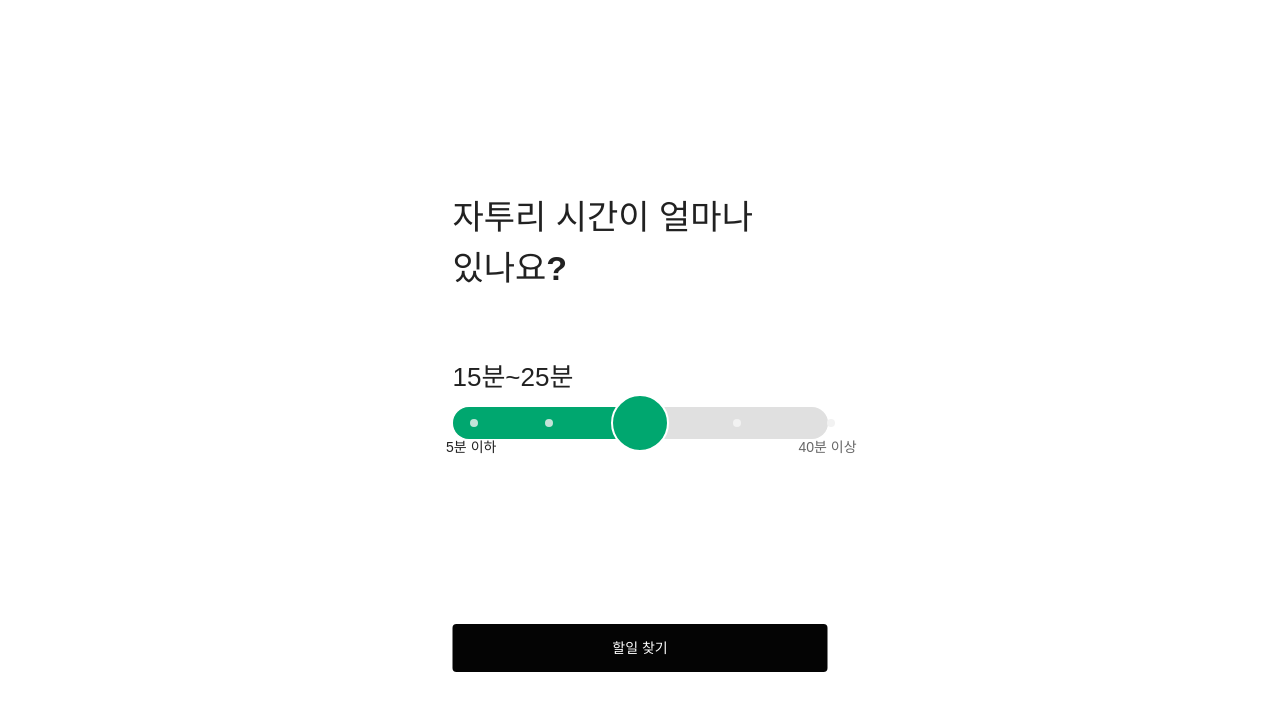
Repository: Tickley-Team/Tickley
Page: /survey
The author's editor kept a copy of each file at every save. The page is drawn from the files as they stood at one save, then again after the next save.
The browser window is 1280 px wide. The pictures show the whole page.
The project was rebuilt for these pictures with package versions that can differ from the ones it lists, and the page was loaded fresh each time. Also part of the build but not shown: vite.config.ts, src/components/BottomNavbar.css, src/components/BottomNavbar.tsx, src/hooks/useLocalStorage.ts, src/stores/timeLeftStore.ts, src/utils.ts, src/components/BasicDialog.tsx, src/pages/Todos.tsx and 12 more.

Above is the page before, as saved 2024-12-09 17:37:30.

After the next save:
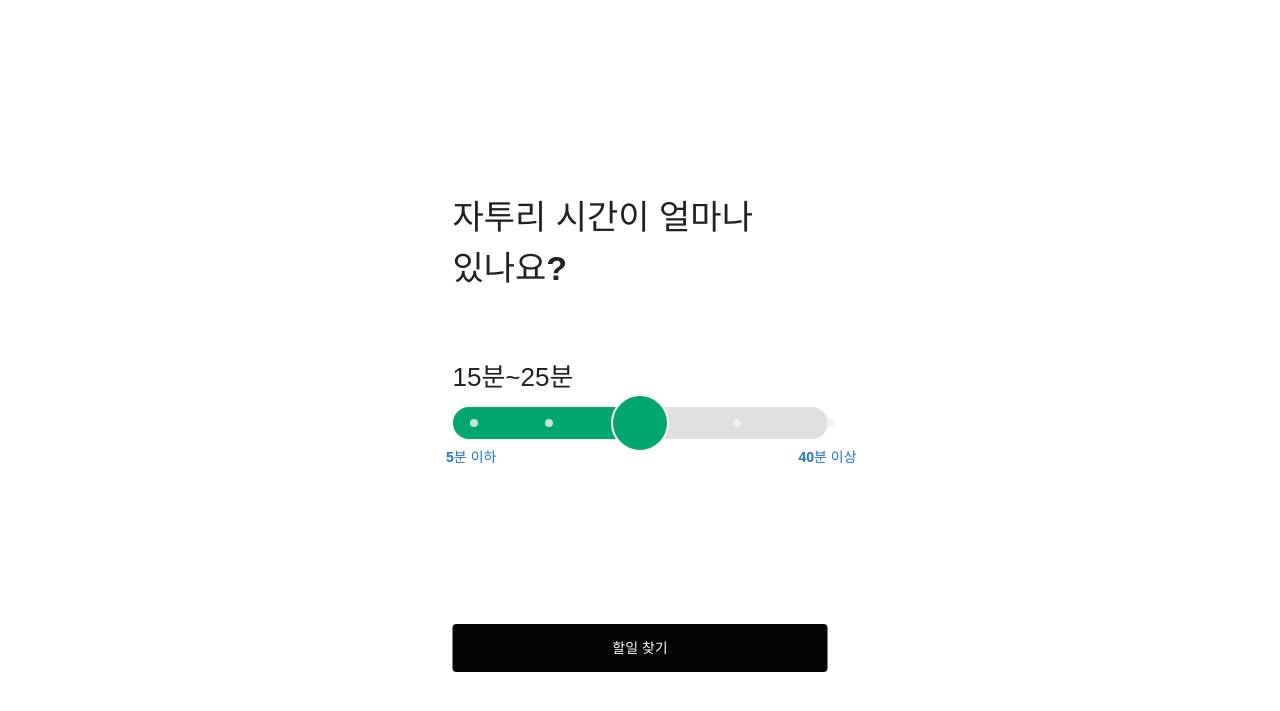
Saved 2 min 1 s later.
--- a/src/components/RangeSlider.tsx
+++ b/src/components/RangeSlider.tsx
@@ -73,7 +73,10 @@
     borderRadius: '50%',
     marginTop: 0,
   },
-  '&.MuiSlider-markLabel': {
-    top: 53,
+  '& .MuiSlider-markLabel': {
+    color: '#1976d2', // 마크 라벨 텍스트 색상
+    fontSize: '14px', // 글꼴 크기
+    fontWeight: 'bold', // 굵기
+    top: '40px', // 위치 조정
   },
 })
